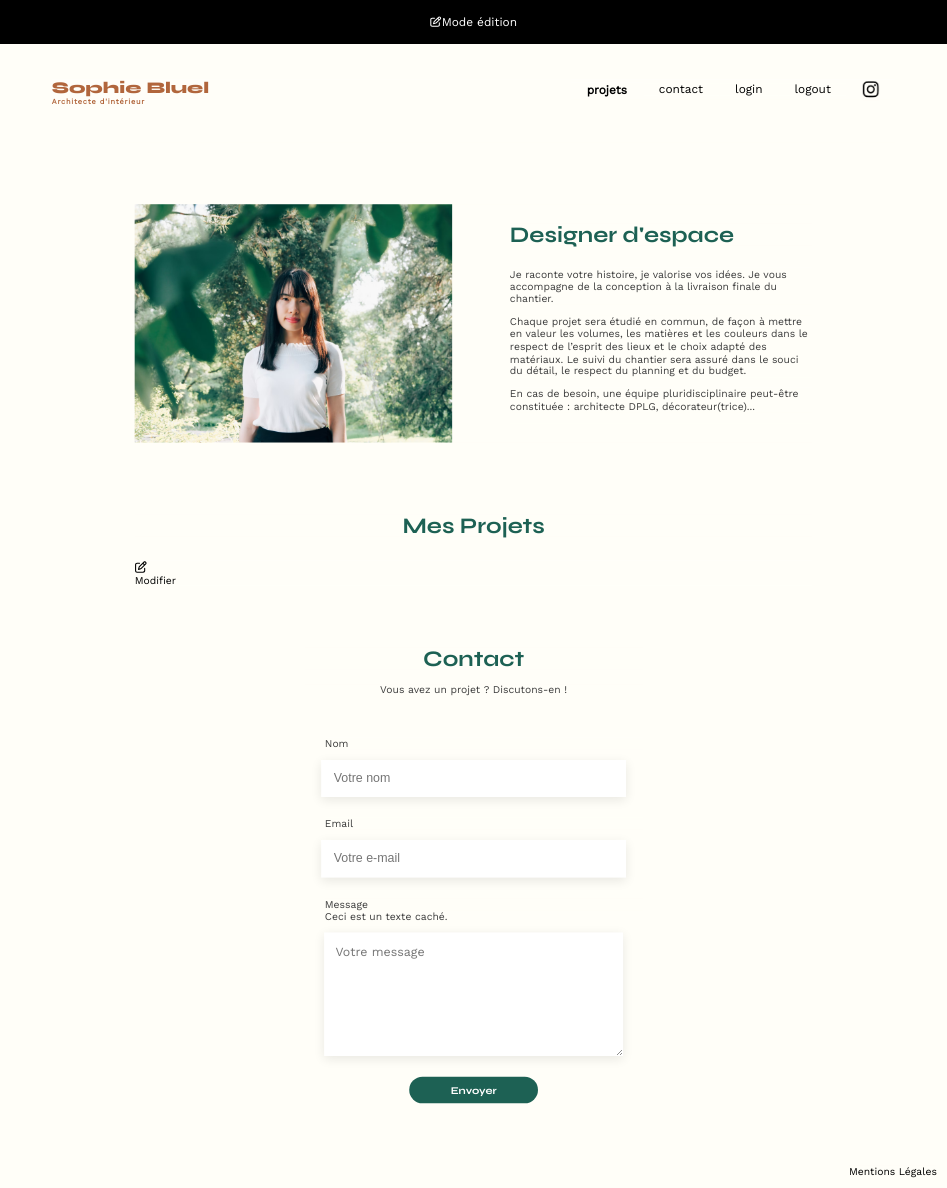
Repository: BlueSoley23/openclassrooms
Page: FrontEnd/index.html
These files come from the project's save history. The page is drawn as it stood at one moment and after the next save; the edit follows.
The browser window is 1280 px wide. The pictures show the whole page, at 74% of full size.
The page's requests for data from a server got no answer.

Above is the page before, as saved 2023-12-21 04:42:53.
Console error: TypeError: categories is not iterable

After the next save:
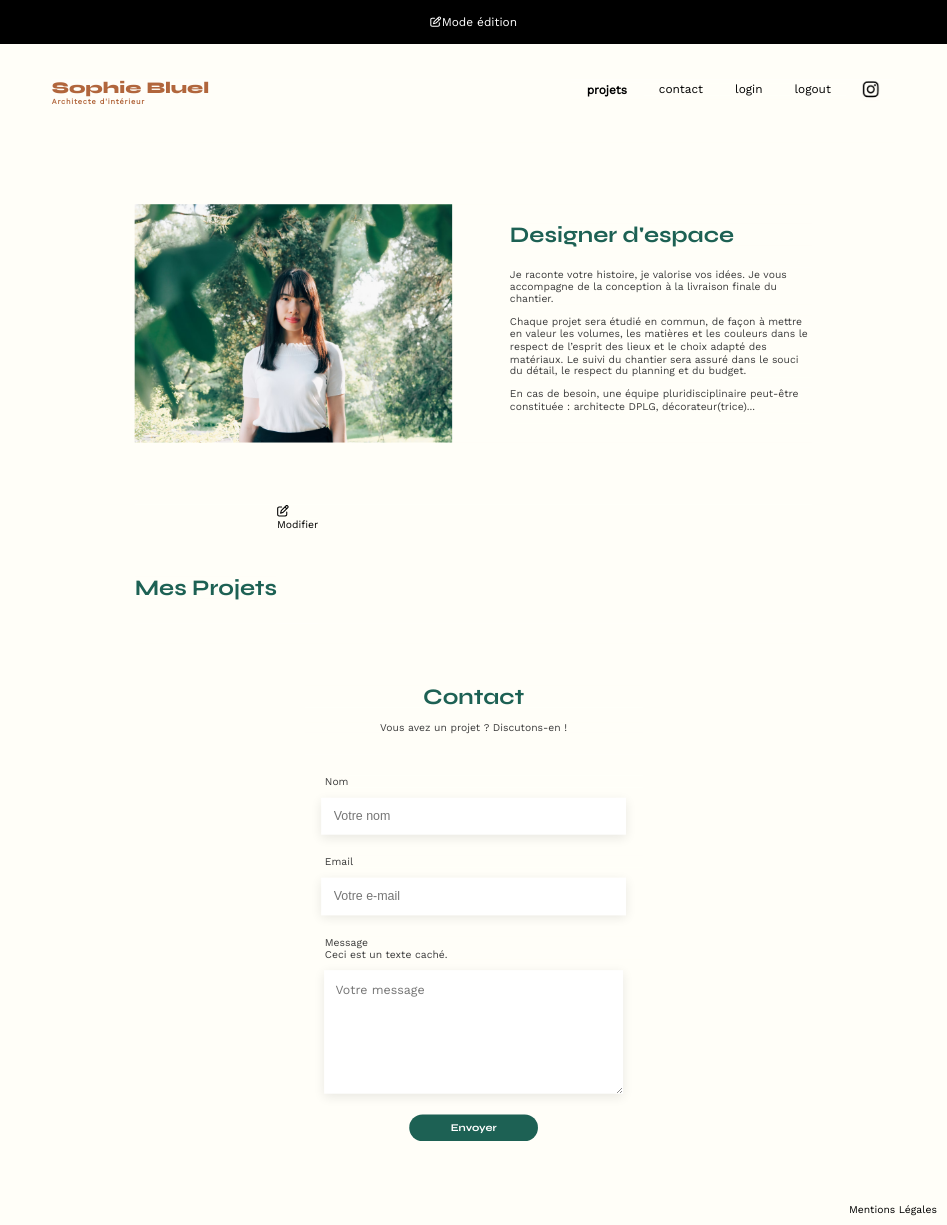
Saved 102 s later.
--- a/FrontEnd/index.html
+++ b/FrontEnd/index.html
@@ -146,10 +146,10 @@
 		<!-- Section du portfolio -->
 		<!-- Block : portfolio -->
 		<section class="portfolio">
-			<div>
-			<!-- Titre de la section -->
-			<!-- Element : title -->
-			<h2 class="portfolio__title">Mes Projets</h2>
+			<div style="display: flex;">
+				<!-- Titre de la section -->
+				<!-- Element : title -->
+				<h2 class="portfolio__title">Mes Projets</h2>
 				<a href= # class="modifier-link__url">
 					<div class="modifier-link__content">
 						<svg width="17" height="17" viewBox="0 0 17 17" fill="black" xmlns="http://www.w3.org/2000/svg">

After the 2 saves that followed:
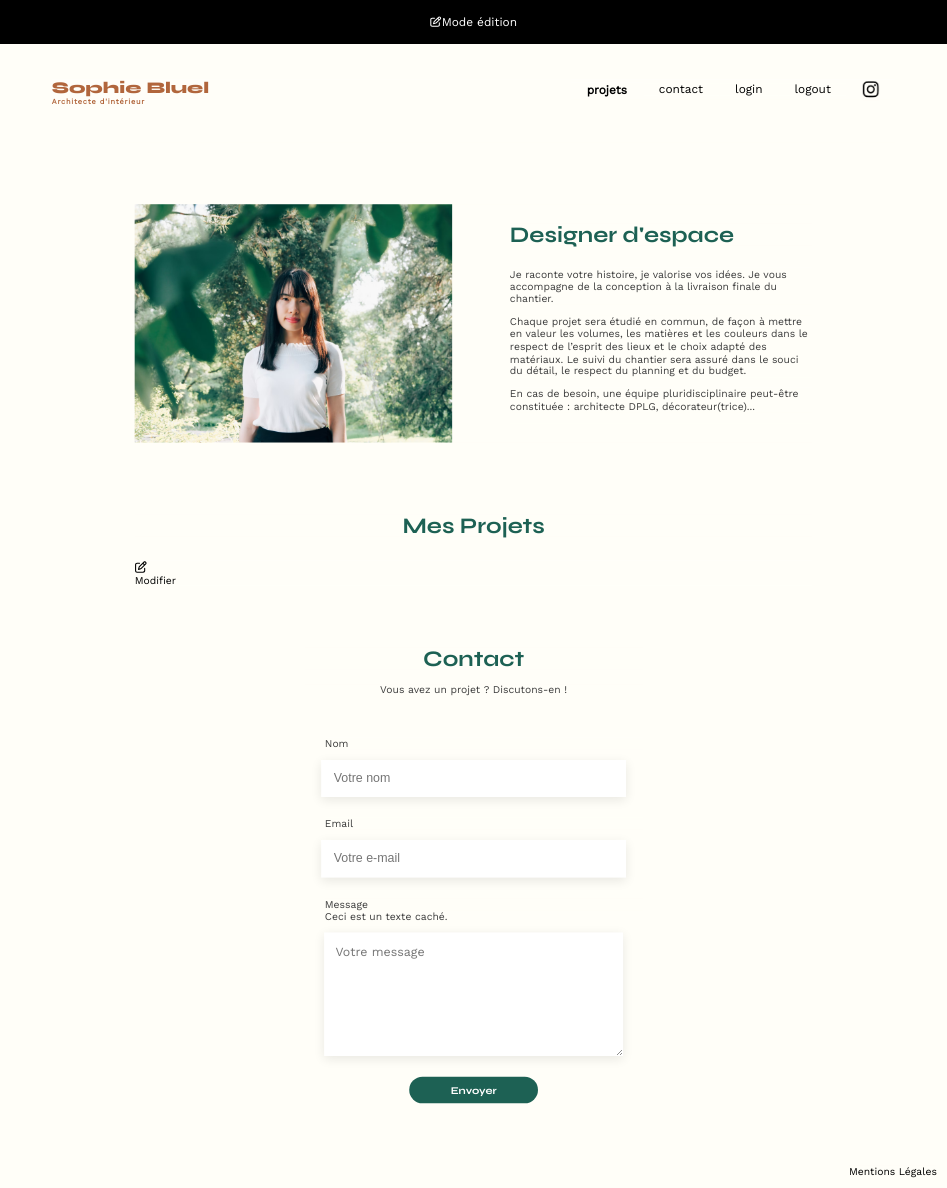
The 2 saves are shown as one change because 1 left the picture as it was.
The last was saved 98 s later.
--- a/FrontEnd/index.html
+++ b/FrontEnd/index.html
@@ -146,7 +146,7 @@
 		<!-- Section du portfolio -->
 		<!-- Block : portfolio -->
 		<section class="portfolio">
-			<div style="display: flex;">
+			<div>
 				<!-- Titre de la section -->
 				<!-- Element : title -->
 				<h2 class="portfolio__title">Mes Projets</h2>
